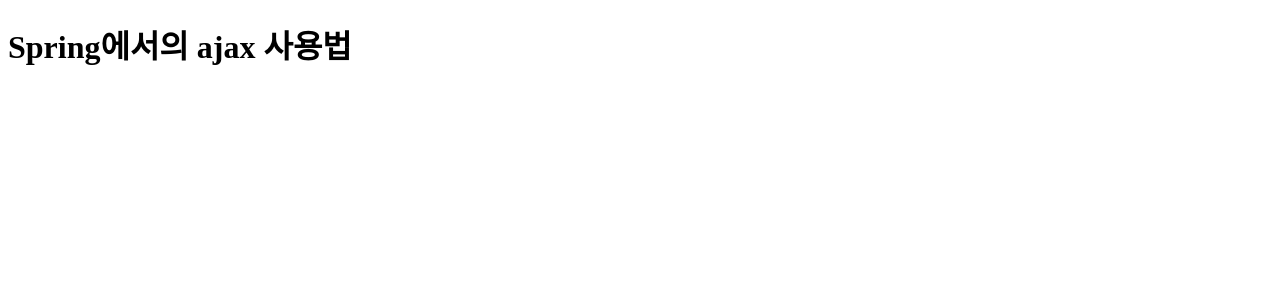
Repository: alsrnr45/SpringStudying
Page: http://localhost/ajaxProject/
These files come from the project's save history. The page is drawn as it stood at one moment and after the next save; the edit follows.
The browser window is 1280 px wide. The pictures show the whole page.
The page is served by Tomcat 9.

Above is the page before, as saved 2021-06-03 03:02:15.

After the next save:
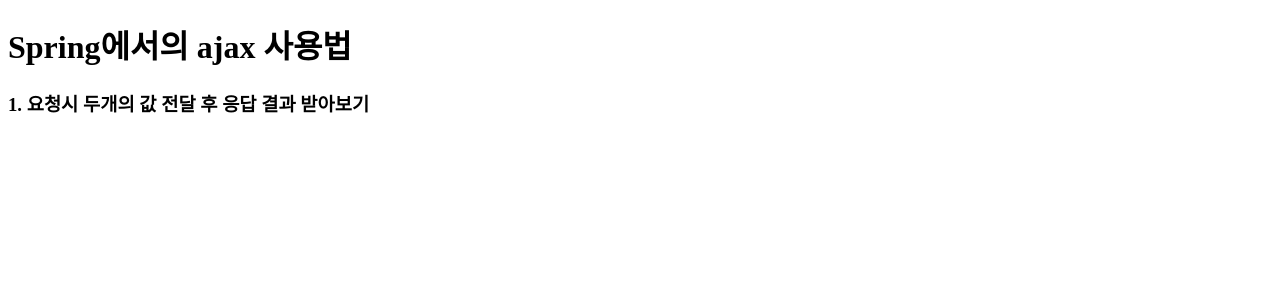
Saved 2 min 3 s later.
--- a/ajaxProject/src/main/webapp/index.jsp
+++ b/ajaxProject/src/main/webapp/index.jsp
@@ -12,6 +12,7 @@
 <body>
 	<h1> Spring에서의 ajax 사용법</h1>
 
+	<h3> 1. 요청시 두개의 값 전달 후 응답 결과 받아보기</h3>
 
 </body>
 </html>
